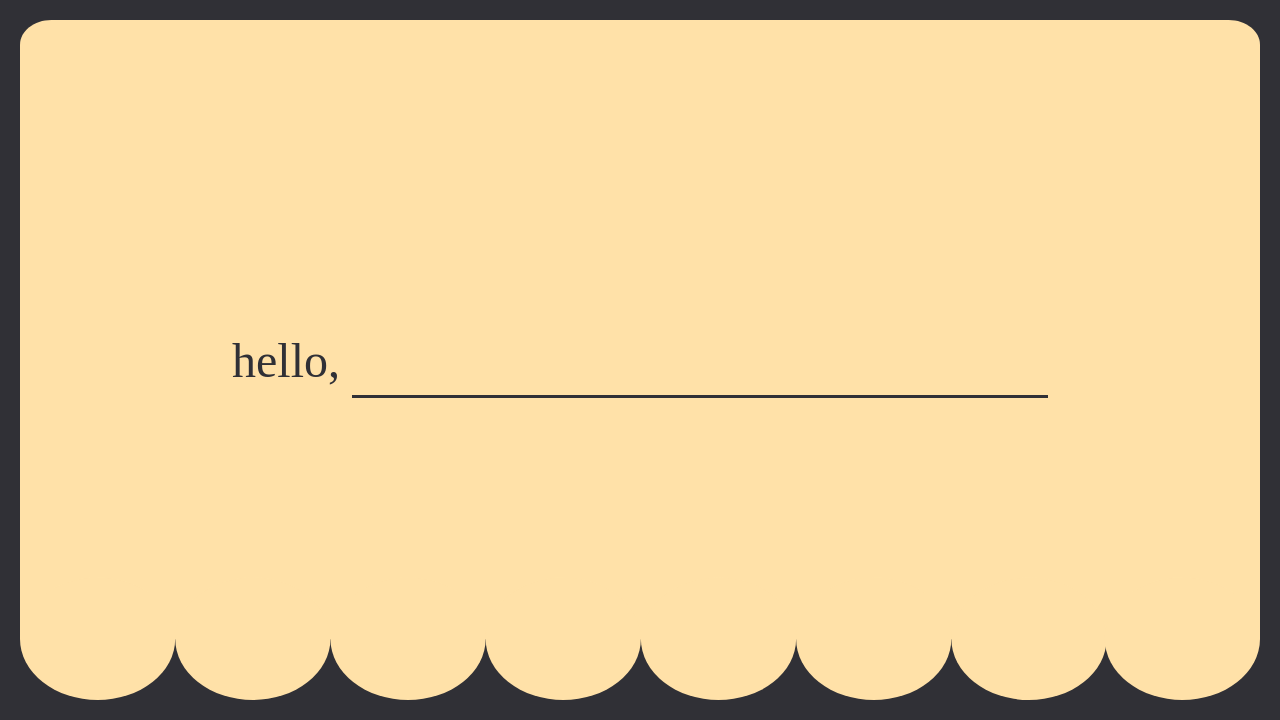
Repository: zhangolivia7/rot-recovery
Page: /
The author's editor kept a copy of each file at every save. The page is drawn from the files as they stood at one save, then again after the next save.
The browser window is 1280 px wide. The pictures show the whole page.
Some web fonts or font styles are not loaded; a fallback is used. The project was rebuilt for these pictures with package versions that can differ from the ones it lists, and the page was loaded fresh each time. The framework's server and built-in components were replaced by stand-ins that run in the browser. Also part of the build but not shown: next.config.ts.

Above is the page before, as saved 2025-03-29 18:10:53.

### src/app/layout.tsx
import type { Metadata } from "next";
import { Geist, Geist_Mono } from "next/font/google";
import "./globals.css";

const geistSans = Geist({
  variable: "--font-geist-sans",
  subsets: ["latin"],
});

const geistMono = Geist_Mono({
  variable: "--font-geist-mono",
  subsets: ["latin"],
});

export const metadata: Metadata = {
  title: "Rot Recovery",
  description: "it's comeback time.",
};

export default function RootLayout({
  children,
}: Readonly<{
  children: React.ReactNode;
}>) {
  return (
    <html lang="en">
      <body
        className={`${geistSans.variable} ${geistMono.variable} antialiased`}
      >
        {children}
      </body>
    </html>
  );
}

### src/app/page.tsx
'use client'
import { SetStateAction, useState } from "react";
import { useWindowSize } from 'react-use';
import Confetti from 'react-confetti-boom';

export default function Home() {
  const [name, setName] = useState("");
  const [tasks, setTasks] = useState<{ id: number; text: string }[]>([]);
  const [timeframe, setTimeframe] = useState("");
  const [newTask, setNewTask] = useState("");
  const [schedule, setSchedule] = useState<string>(""); //store groqAPI response
  const [loading, setLoading] = useState<boolean>(false);

  // Update name
  const updateName = (e: React.ChangeEvent<HTMLInputElement>) => {
    setName(e.target.value);
    console.log(name);
  };

  // Update task text
  const updateTaskText = (id: number, text: string) => {
    setTasks(tasks.map(task => (task.id === id ? { ...task, text } : task)));
  };

  // Delete a task
  const deleteTask = (id: number) => {
    setTasks(tasks.filter(task => task.id !== id));
  };

  // Add new task when Enter is pressed
  const handleKeyDown = (e: React.KeyboardEvent<HTMLInputElement>) => {
    if (e.key === "Enter" && newTask.trim() !== "") {
      setTasks([...tasks, { id: Date.now(), text: newTask }]);
      setNewTask("");
    }
  };

  // Send tasks and timeframe to ChatGPT API and update schedule
  const handleSubmit = async () => {
    if (tasks.length === 0 || timeframe.trim() === "") {
      alert("Please enter tasks and a timeframe.");
      return;
    }

    setLoading(true); // Show loading state

    // Prepare message for Groq
    var prompt = "";

    if (name.toLowerCase() === "leslie") {
      prompt = `ALWAYS USE <b> IF YOU NEED TO BOLD YOUR RESPONSES!!! DO NOT USE DOUBLE ASTERICKS\nHey! You're talking to my friend ${name}, who's been bedrotting and has ${timeframe} to get back on track! Here's what ${name} has to get done':\n` +
        tasks.map((task, index) => `${index + 1}. ${task.text}`).join("\n") +
        `\n\nShe REALLY likes Hatsune Miku, so pretending you're Hatsune Miku and including Hatsune Miku references, give them a structured, realistic schedule based on the current time and amount of time they have to work in this schedule format:\n[Introduction message (make sure you introduce yourself as Hatsune Miku)]\n[00:00-##:##: <b>Task</b>, bit of encouragement and tips on how to complete the task well] and repeat this structure. Here's an example: <b>[Greeting]</b>\n\nHere's your customized schedule: \n\n<b>00:00-00:30: Finish Math Homework,</b> Leslie-chan! Take a deep breath and dive into your math problems. Focus on one question at a time, and make sure you understand each concept before moving on to the next. You got this!\n\n<b>00:30-01:15: Watch Algorithms Class Lecture.</b> Take a short break to grab a snack or stretch, and then settle in to watch your lecture. Take notes on important points, and don't hesitate to pause the video if you need to review something.\n\n<b>01:15-03:00: Study for Linear Algebra Test.</b> You're almost there, Leslie-chan! Review your notes and textbook, and try to summarize key concepts in your own words. Make flashcards or create a concept map to help you visualize the material.\n\n[Closing message with Hatsune Miku references]`;
    } else {
      prompt = `ALWAYS USE <b> IF YOU NEED TO BOLD YOUR RESPONSES!!! DO NOT USE DOUBLE ASTERICKS. Hey! You're talking to my friend ${name}, who's been bedrotting and has ${timeframe} to get back on track! Here's what ${name} has to get done':\n` +
        tasks.map((task, index) => `${index + 1}. ${task.text}`).join("\n") +
        `\n\nIn a fun, chill tone, give them a structured, realistic schedule based on the current time and amount of time they have to work in this schedule format:\n[Introduction message]\n<b>00:00-##:##: Task</b>, bit of encouragement and tips on how to complete the task well. Repeat this structure. Here's an example: <b>[Greeting]</b>\n\nHere's your customized schedule:\n\n<b>00:00-00:20: History Studying,</b> Let's get that history test prep started! Focus on reviewing your notes, making flashcards, and going over any tricky dates or events. You got this, Bob!\n\n<b>00:20-00:45: English Essay Brainstorm,</b> Time to get those creative juices flowing! Take 10-15 minutes to brainstorm ideas for your essay, then organize your thoughts into an outline. Remember, a solid outline will make the writing process so much smoother!\n\n<b>00:45-01:10: Math Homework</b>, Math homework can be a real challenge, but you're almost there! Focus on one problem at a time, and don't be afraid to take breaks if you get stuck. You've got this, Bob! You're so close to finishing!\n\n<b>01:10-02:00: Write That Essay,</b> It's time to put your thoughts into words! Take your outline and start writing that essay. Remember to stay focused, and don't worry too much about grammar or spelling at this stage. Just get your ideas down on paper!\n\n[Closing message]`;
    }

    try {
      const response = await fetch("/api/generate-schedule", {
        method: "POST",
        headers: { "Content-Type": "application/json" },
        body: JSON.stringify({ prompt }),
      });

      const data = await response.json();
      setSchedule(data.schedule); // Store response
    } catch (error) {
      console.error("Error fetching schedule:", error);
      setSchedule("Failed to generate schedule. Try again.");
    } finally {
      setLoading(false);
    }

    // Scroll to the schedule section
    document.getElementById("next-section")?.scrollIntoView({ behavior: "smooth" });
  };

  return (
    <div className={`h-screen snap-y snap-mandatory ${name.trim() === "" ? "overflow-hidden" : "overflow-y-scroll"}`}>
      {/* Section 1 */}
      <section id="sec1" className="h-screen flex justify-center items-center snap-start relative overflow-hidden">
        {/* SVG Background with exact 10px margin on all sides */}
        <div className="absolute top-[20px] left-[20px] right-[20px] bottom-[20px] z-0">
          <svg
            viewBox="0 0 1382 961"
            fill="none"
            xmlns="http://www.w3.org/2000/svg"
            className="w-full h-full"
            preserveAspectRatio="none"
          >
            <path d="M0 35C0 15.6701 15.67 0 35 0H1347C1366.33 0 1382 15.67 1382 35V875H0V35Z" fill="#FFE1A8" />
            <circle cx="86.5" cy="874.5" r="86.5" fill="#FFE1A8" />
            <circle cx="259.5" cy="874.5" r="86.5" fill="#FFE1A8" />
            <circle cx="432.5" cy="874.5" r="86.5" fill="#FFE1A8" />
            <circle cx="605.5" cy="874.5" r="86.5" fill="#FFE1A8" />
            <circle cx="778.5" cy="874.5" r="86.5" fill="#FFE1A8" />
            <circle cx="951.5" cy="874.5" r="86.5" fill="#FFE1A8" />
            <circle cx="1124.5" cy="874.5" r="86.5" fill="#FFE1A8" />
            <circle cx="1295.5" cy="874.5" r="86.5" fill="#FFE1A8" />
          </svg>
        </div>

        {/* Foreground content */}
        <main className="z-10 flex flex-col gap-[32px] row-start-2 items-center sm:items-start">
          <div id="s1">
            <h1>
              hello, <input type="text" id="helloText" value={name} onChange={updateName} />
            </h1>
          </div>
        </main>
      </section>


      {name.trim() !== "" && (
        <>
          {/* Section 2 */}
          <section className="h-screen flex flex-col items-center snap-start">
            <div id="sec2" className="w-full h-full flex flex-col justify-start items-center pt-0">
              {name.toLowerCase() === "leslie" ? (
                // Special SVG for Leslie
                <svg width="724" height="509" viewBox="0 0 724 509" fill="none" xmlns="http://www.w3.org/2000/svg">
                  <path d="M495 354.5C491.4 354.5 469.167 355.833 458.5 356.5L460 359L528.5 363L525.5 359C516.833 357.5 498.6 354.5 495 354.5Z" fill="#88D0C7" />
                  <path d="M558 413L503.5 434.5L547 451L586 425L558 413Z" fill="#8A8585" />
                  <circle cx="545.624" cy="378" r="25" fill="#FFE1A8" />
                  <path d="M336.624 363C375.024 348.6 487.291 357 538.624 363L542.624 397C534.624 399.667 512.224 405.4 486.624 407C461.024 408.6 347.957 445 294.624 463C271.124 474.333 212.524 497 166.124 497C108.124 497 48.1241 453 50.1241 463C51.7241 471 30.7908 497 20.1241 509C12.7908 504.333 -1.4759 491.8 0.124102 479C1.7241 466.2 26.1241 437.667 38.1241 425L156.124 449C144.791 428.333 128.924 382.2 156.124 363C190.124 339 288.624 381 336.624 363Z" fill="#FFE1A8" />
                  <path d="M455.601 453.39C444.301 452.836 398.096 425.701 378.624 407L412.829 390.125C421.464 391.114 453.014 384.686 455.601 396.594C458.836 411.478 493.917 434.314 524.131 436.079C554.345 437.844 558.339 448.801 544.659 456.342C530.98 463.883 469.726 454.083 455.601 453.39Z" fill="#FFE1A8" />
                  <path d="M529 359C505.167 359.167 455.8 360.1 449 362.5C440.5 365.5 408.5 380.5 403 386.5C397.5 392.5 387.5 398 385.5 406C383.9 412.4 384.833 415.333 385.5 416C381.167 412.5 372.8 404.1 374 398.5C375.423 391.858 379.997 387.017 382.597 386.539C380.62 386.631 375.704 386.944 375 388C374.2 389.2 373.333 390.833 373 391.5C373.167 386.667 374.9 376.1 380.5 372.5C387.5 368 403.5 358.5 417 357C430.5 355.5 463 353 473.5 353C484 353 521.5 357 524 357C526 357 528.167 358.333 529 359Z" fill="#88D0C7" />
                  <path d="M550 371.5C553.2 374.3 558.667 374.667 561 374.5L554 369.5L541 362H550C548 361 543 359 539 359C535 359 529.167 360.5 526.5 361.5C525.667 360.5 523.5 359 525.5 359C528 359 534.5 352.5 541 351.5C547.5 350.5 557 353 561 355C564.2 356.6 567.167 361 567.5 364C568.333 364.5 569 368.3 571 371.5C573.5 375.5 567 396 566 397C565 398 547.5 406.5 544 406.5C540.5 406.5 436.5 434 411 446C385.5 458 297 481.5 291.5 481C287.1 480.6 276.333 476.5 271.5 474.5C275.667 475.5 284.7 476.7 287.5 473.5C290.3 470.3 305.667 466.167 313 464.5H301C295 464.5 287.167 470.5 284 473.5C285.5 471 289.1 465.7 291.5 464.5C293.9 463.3 303.833 457.667 308.5 455C312 454.833 320.8 453.6 328 450C337 445.5 433 410.5 454.5 406.5C471.7 403.3 512.333 398.833 530.5 397C535 398.5 545.2 401.5 550 401.5C553.076 401.5 557.203 399.266 560.091 397.493C558.356 397.618 556.601 396.675 554 397C550.8 397.4 544 391.167 541 388H550C554.8 388 559.333 385.667 561 384.5C558.167 383.333 552 380.6 550 379C548 377.4 545.167 368.333 544 364C544.667 365.333 546.8 368.7 550 371.5Z" fill="#88D0C7" />
                  <path d="M724 -9L586 425L558 413L507.5 433L3 -9H724Z" fill="#F8F2EC" fill-opacity="0.5" />
                  <path d="M531.5 350L529 360.5L526 362L527.5 348L531.5 350Z" fill="#9C4066" />
                  <path d="M543 411.5L530 397.5V397L525.5 397.5L535 408.5L531 409.5L534 411.5H543Z" fill="#9C4066" />
                </svg>
              ) : (
                // Default SVG
                <svg width="724" height="509" viewBox="0 0 724 509" fill="none" xmlns="http://www.w3.org/2000/svg">
                  <path d="M558 413L503.5 434.5L547 451L586 425L558 413Z" fill="#8A8585" />
                  <circle cx="545.624" cy="378" r="25" fill="#FFE1A8" />
                  <path d="M336.624 363C375.024 348.6 487.291 357 538.624 363L542.624 397C534.624 399.667 512.224 405.4 486.624 407C461.024 408.6 347.957 445 294.624 463C271.124 474.333 212.524 497 166.124 497C108.124 497 48.1241 453 50.1241 463C51.7241 471 30.7908 497 20.1241 509C12.7908 504.333 -1.4759 491.8 0.124102 479C1.7241 466.2 26.1241 437.667 38.1241 425L156.124 449C144.791 428.333 128.924 382.2 156.124 363C190.124 339 288.624 381 336.624 363Z" fill="#FFE1A8" />
                  <path d="M455.601 453.39C444.301 452.836 398.096 425.701 378.624 407L412.829 390.125C421.464 391.114 453.014 384.686 455.601 396.594C458.836 411.478 493.917 434.314 524.131 436.079C554.345 437.844 558.339 448.801 544.659 456.342C530.98 463.883 469.726 454.083 455.601 453.39Z" fill="#FFE1A8" />
                  <path d="M724 -9L586 425L558 413L507.5 433L3 -9H724Z" fill="#F8F2EC" fillOpacity="0.5" />
                </svg>
              )}
              <h1 className="text-3xl mt-4">so you've been rotting...</h1>
            </div>
          </section>

          {/* Section 3 */}
          <section className="h-screen flex flex-col items-center justify-center snap-start">
            <div id="form">
              <h1 className="text-3xl">let's get back on track, {name}</h1>

              {/* Timeframe Input */}
              <input
                className="border p-2 w-80 mt-2"
                placeholder="Timeframe (e.g., 2 hours)"
                value={timeframe}
                onChange={(e) => setTimeframe(e.target.value)}
              />

              {/* To-Do List */}
              <div className="mt-4">
                <h2 className="text-lg font-bold">Enter your tasks</h2>
                <ul className="mt-3 space-y-2">
                  {tasks.map(task => (
                    <li key={task.id} className="flex items-center space-x-2">
                      <input
                        type="text"
                        value={task.text}
                        onChange={(e) => updateTaskText(task.id, e.target.value)}
                        className="border-b focus:outline-none bg-transparent w-full"
                      />
                      <button onClick={() => deleteTask(task.id)} className="text-lg">
                        ✕
                      </button>
                    </li>
                  ))}
                </ul>
              </div>

              {/* Add Task Input */}
              <input
                className="border p-2 w-80 mt-2"
                placeholder="Add a task and hit enter"
                value={newTask}
                onChange={(e) => setNewTask(e.target.value)}
                onKeyDown={handleKeyDown}
              />

              {/* Submit Button */}
              <button
                onClick={handleSubmit}
                className="mt-4 p-2 rounded-md"
              >
                {loading ? "Generating..." : "That's It"}
              </button>
            </div>
          </section>

          {/* Next Section - Display Schedule */}
          {schedule && (
            <section id="next-section" className="h-screen flex justify-center items-center snap-start">
              <div className="text-center max-w-xl">
                <h1 className="text-3xl mb-4">your schedule</h1>
                {loading ? (
                  <p className="text-lg">Generating your schedule...</p>
                ) : (
                  <p
                    className="whitespace-pre-wrap"
                    dangerouslySetInnerHTML={{ __html: schedule || "Your schedule will appear here." }}
                  />
                )}
              </div>
            </section>
          )}
        </>
      )}
    </div>
  );
}

### src/app/globals.css
@import url('https://fonts.googleapis.com/css2?family=Shrikhand&display=swap');
@import "tailwindcss";

@theme inline {
  --color-background: var(--background);
  --color-foreground: var(--foreground);
  --font-sans: var(--font-geist-sans);
  --font-mono: var(--font-geist-mono);
  --font-shrikhand: 'Shrikhand', cursive;
}

:root {
  --background: #303036;
  --foreground: #f1e4cc;
}

@media (prefers-color-scheme: dark) {
  :root {
    --background: #303036;
    --foreground: #f1e4cc;
  }
}

html {
  scroll-behavior: smooth;
}

.h-screen {
  height: 100vh;
}

.overflow-y-scroll {
  overflow-y: scroll;
}

.snap-y {
  scroll-snap-type: y mandatory;
}

.snap-start {
  scroll-snap-align: start;
}

body {
  background: var(--background);
  color: var(--foreground);
}

h1 {
  font-size: 3em;
}

#helloText {
  border-bottom: 3px solid var(--background);
}

#helloText:focus {
  outline: none;
}

#sec2 {
  display: flex;
  flex-direction: column;
  gap: 30px;
}

#form {
  display: flex;
  flex-direction: column;
  margin: 10px;
}

#s1 h1 {
  color: var(--background);
  font-family: var(--font-shrikhand);
}

#s1 input {
  font-family:'Segoe UI', Tahoma, Geneva, Verdana, sans-serif;
  font-weight: 400;
}

After the next save:
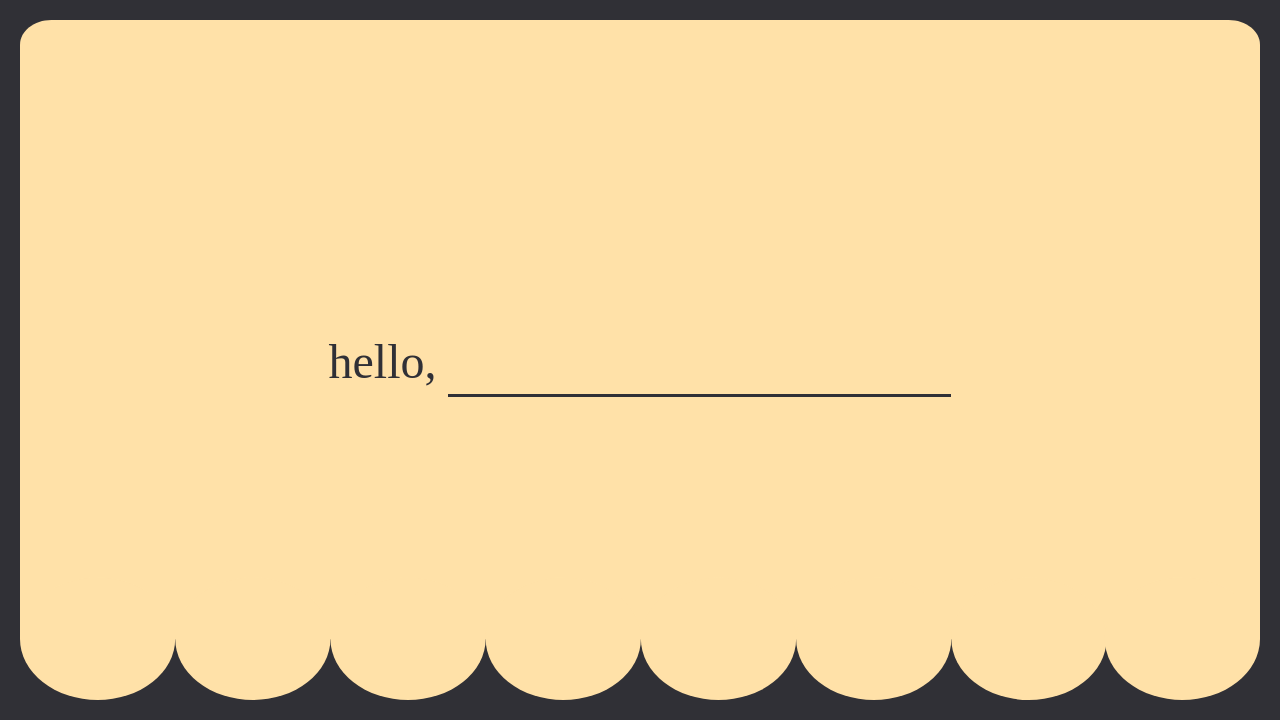
Saved 14 s later.
--- a/src/app/globals.css
+++ b/src/app/globals.css
@@ -76,6 +76,6 @@ h1 {
 }
 
 #s1 input {
-  font-family:'Segoe UI', Tahoma, Geneva, Verdana, sans-serif;
+  font-family:Impact, Haettenschweiler, 'Arial Narrow Bold', sans-serif;
   font-weight: 400;
 }
